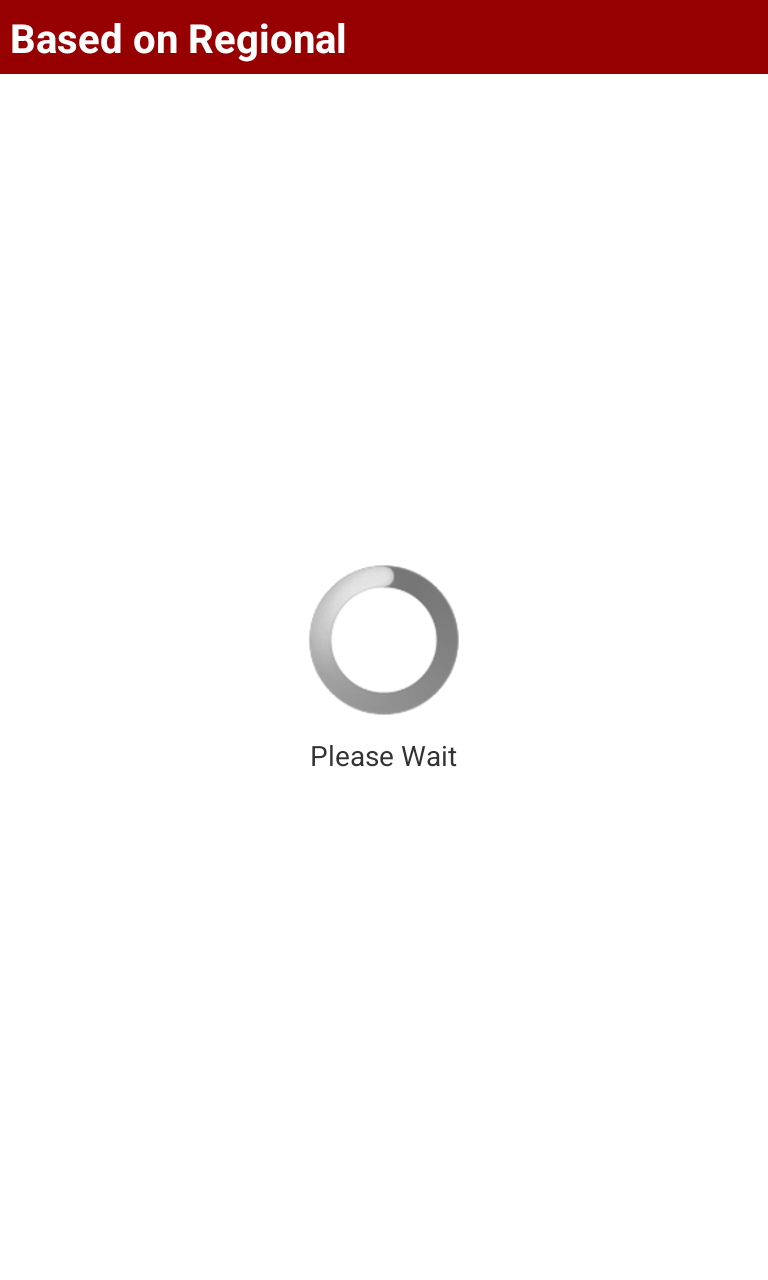
Repository: galihandy/chessboard
Layout: ArsenalIndonesia/res/layout/multiview_regional.xml
These files come from the project's save history. The layout is drawn as it stood at one moment and after the next save; the edit follows.
It is drawn on a 768 x 1280 px phone screen (xhdpi) without system bars, with theme android:Theme.Light.NoTitleBar; the app's code is not run. Lists and similar views that code fills are empty.

Above is the layout before, as saved 2013-02-16 04:38:52.

### ArsenalIndonesia/res/layout/multiview_regional.xml
<?xml version="1.0" encoding="utf-8"?>
<RelativeLayout xmlns:android="http://schemas.android.com/apk/res/android"
    android:id="@+id/sampleLayoutExample"
    android:layout_width="fill_parent"
    android:layout_height="fill_parent"
    android:orientation="vertical" >

    <RelativeLayout
        android:id="@+id/loadingRelLayout"
        android:layout_width="fill_parent"
        android:layout_height="fill_parent"
        android:orientation="vertical" >

        <!-- Your Content view here -->

        <ProgressBar
            android:id="@+id/progress_bar"
            style="?android:attr/progressBarStyleLarge"
            android:layout_width="wrap_content"
            android:layout_height="wrap_content"
            android:layout_centerHorizontal="true"
            android:layout_centerVertical="true"
            android:paddingBottom="10dp"
            android:paddingTop="10dp" />

        <TextView
            android:id="@+id/waitting_textview"
            android:layout_width="wrap_content"
            android:layout_height="wrap_content"
            android:layout_below="@+id/progress_bar"
            android:layout_centerHorizontal="true"
            android:text="@string/please_wait" />
    </RelativeLayout>

    <RelativeLayout
        xmlns:tools="http://schemas.android.com/tools"
        android:id="@+id/listRelLayout"
        android:layout_width="match_parent"
        android:layout_height="match_parent"
        android:orientation="vertical" >

        <!-- Your Content view here -->

        <TextView
            android:id="@+id/reg_page_title"
            android:layout_width="match_parent"
            android:layout_height="wrap_content"
            android:padding="5dip"
            android:background="@drawable/dark_red"
            android:text="@string/reg_pg_title_lbl"
            android:textColor="@android:color/white"
            android:textSize="20dp"
            android:textStyle="bold" />

        <ListView
            android:id="@+id/listview"
            android:layout_width="fill_parent"
            android:layout_height="match_parent"
            android:layout_below="@id/reg_page_title"
            tools:context=".FeaturedActivity" />
    </RelativeLayout>

    <RelativeLayout
        xmlns:tools="http://schemas.android.com/tools"
        android:id="@+id/noDataRelLayout"
        android:layout_width="match_parent"
        android:layout_height="match_parent"
        android:orientation="vertical" >

        <TextView
            android:id="@+id/no_data_textview"
            android:layout_width="wrap_content"
            android:layout_height="wrap_content"
            android:layout_centerInParent="true"
            android:textSize="20dp" />
    </RelativeLayout>

</RelativeLayout>

### ArsenalIndonesia/res/values/strings.xml
<resources>

    <string name="app_name">Arsenal Indonesia</string>
    <string name="reg_pg_title_lbl">Based on Regional</string>
    <string name="saved_pg_title_lbl">My AIS Event List</string>
    <string name="hello_world">Hello world!</string>
    <string name="menu_settings">Settings</string>
    <string name="search_hint">Search event</string>
    <string name="title_activity_main">Arsenal Indonesia</string>
    <string name="title_activity_featured">Featured</string>
    <string name="title_activity_ticket">Ticket</string>
    <string name="title_activity_myticket">My Ticket</string>
    <string name="please_wait">Please Wait</string>
    <string name="regional_lbl">Regional :</string>
    <string name="date_lbl">Date :</string>
    <string name="description_lbl">Description :</string>
    <string name="ticket">Ticket</string>
	<string name="contact">Contact</string>
	<string name="category">Category</string>
	<string name="author">Author</string>
    <string name="detail_event_add_menu_title">Add to My Event</string>
    <string name="detail_event_rmv_menu_title">Remove from My Event</string>
    <string name="search_event_title">Search Event</string>
    <string name="no_saved_event">No event saved</string>

</resources>

### ArsenalIndonesia/res/values/color.xml
<?xml version="1.0" encoding="utf-8"?>
<resources>

    <drawable name="row_list_feature_item_bgcolor">#777777</drawable>
    <drawable name="white">#ffffff</drawable>
    <drawable name="black">#000000</drawable>
    <drawable name="red">#be1622</drawable>
    <drawable name="grey">#b2b2b2</drawable>
    <drawable name="dark_red">#960000</drawable>
    <drawable name="list_elm_bg_clr">#f6f6f6</drawable>
    <drawable name="def_bg_clr">#f6f6f6</drawable>


</resources>

After the next save:
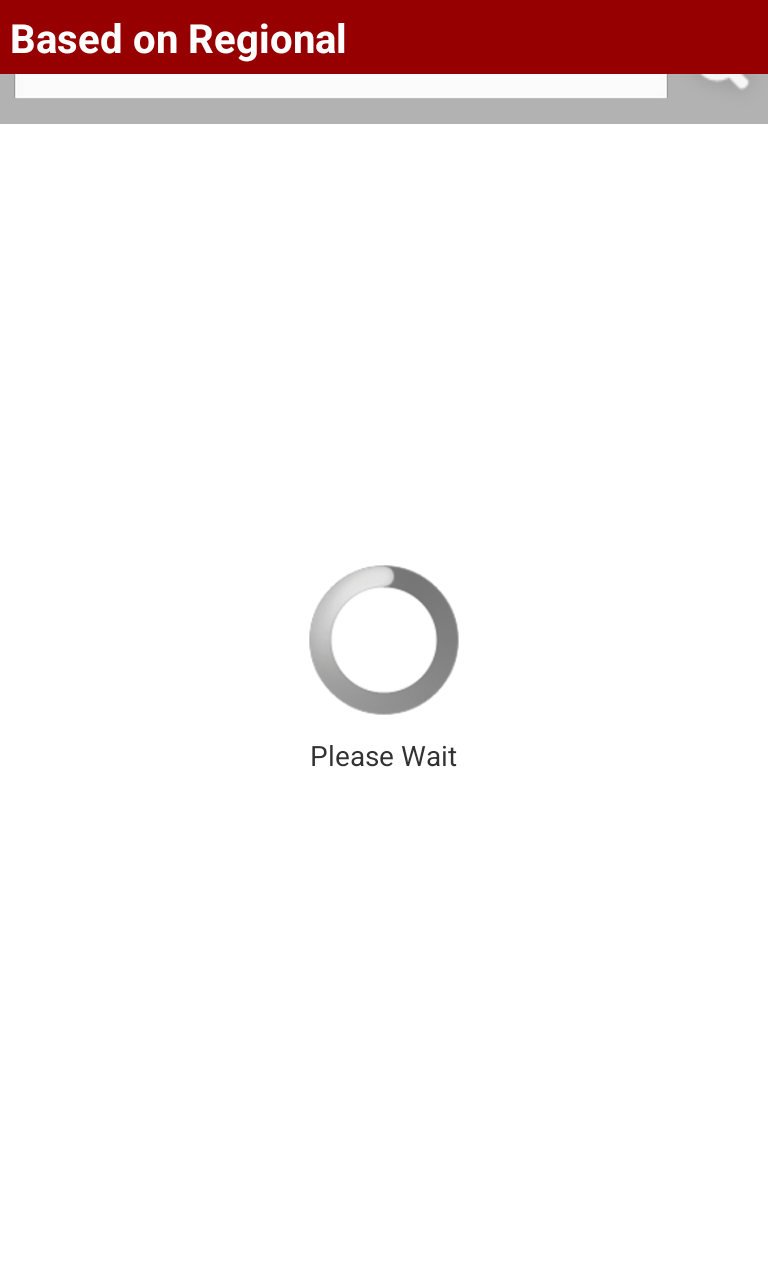
Saved 80 s later.
--- a/ArsenalIndonesia/res/layout/multiview_regional.xml
+++ b/ArsenalIndonesia/res/layout/multiview_regional.xml
@@ -4,6 +4,35 @@
     android:layout_width="fill_parent"
     android:layout_height="fill_parent"
     android:orientation="vertical" >
+
+    <RelativeLayout
+        android:id="@+id/search_layout"
+        android:layout_width="match_parent"
+        android:layout_height="wrap_content"
+        android:background="@drawable/grey" >
+
+        <ImageView
+            android:id="@+id/search_img"
+            android:layout_width="wrap_content"
+            android:layout_height="wrap_content"
+            android:layout_alignParentRight="true"
+            android:layout_marginBottom="7dip"
+            android:layout_marginTop="7dip"
+            android:src="@drawable/icon_search" />
+
+
+        <EditText
+            android:id="@+id/search_edittext"
+            android:layout_width="match_parent"
+            android:layout_height="wrap_content"
+            android:layout_marginBottom="7dip"
+            android:layout_marginLeft="5dip"
+            android:layout_marginTop="7dip"
+            android:layout_toLeftOf="@id/search_img"
+            android:hint="@string/search_hint"
+            android:singleLine="true" />
+
+    </RelativeLayout>
 
     <RelativeLayout
         android:id="@+id/loadingRelLayout"
